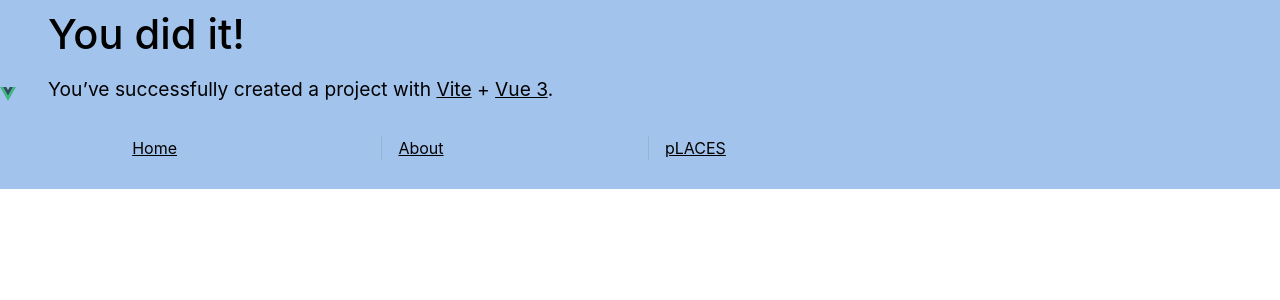
Repository: KevMn6ix/MOD8-2232-GRA-Damois-Leroi--Morant-Munto
Page: /places/activity (app in MOD8-2232-GRA-Damois-Leroi--Morant-Munto/)
The author's editor kept a copy of each file at every save. The page is drawn from the files as they stood at one save, then again after the next save.
The browser window is 1280 px wide. The pictures show the whole page.
The project was rebuilt for these pictures with package versions that can differ from the ones it lists, and the page was loaded fresh each time. Also part of the build but not shown: MOD8-2232-GRA-Damois-Leroi--Morant-Munto/vite.config.js, MOD8-2232-GRA-Damois-Leroi--Morant-Munto/src/components/RowLandingPage.vue, MOD8-2232-GRA-Damois-Leroi--Morant-Munto/src/components/PlaceItem.vue, MOD8-2232-GRA-Damois-Leroi--Morant-Munto/src/components/PlaceList.vue.

Above is the page before, as saved 2023-10-04 11:36:18.
Console error: ReferenceError: types is not defined

After the next save:
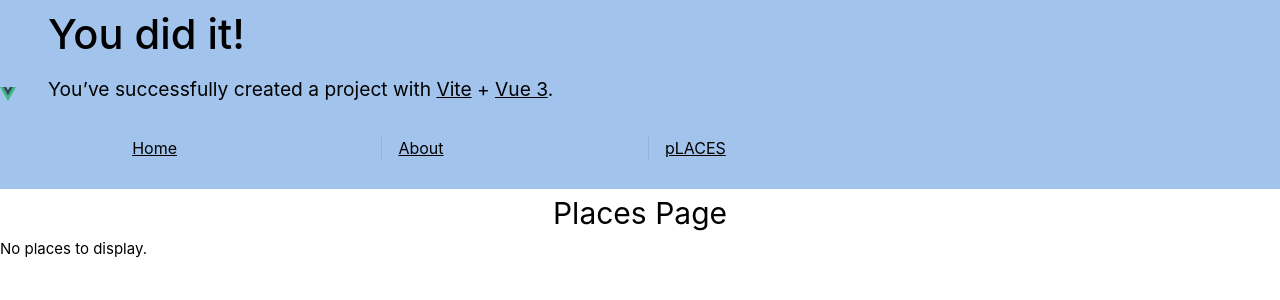
The error is gone.
Saved 102 s later.
--- a/MOD8-2232-GRA-Damois-Leroi--Morant-Munto/src/views/PlaceListView.vue
+++ b/MOD8-2232-GRA-Damois-Leroi--Morant-Munto/src/views/PlaceListView.vue
@@ -13,7 +13,7 @@
     },
     created() {
         // Access the type parameter from the URL
-        const type = this.$route.params.types;
+        const types = this.$route.params.types;
         console.log(types);
 
         // Simulate loading places based on the 'type' parameter
